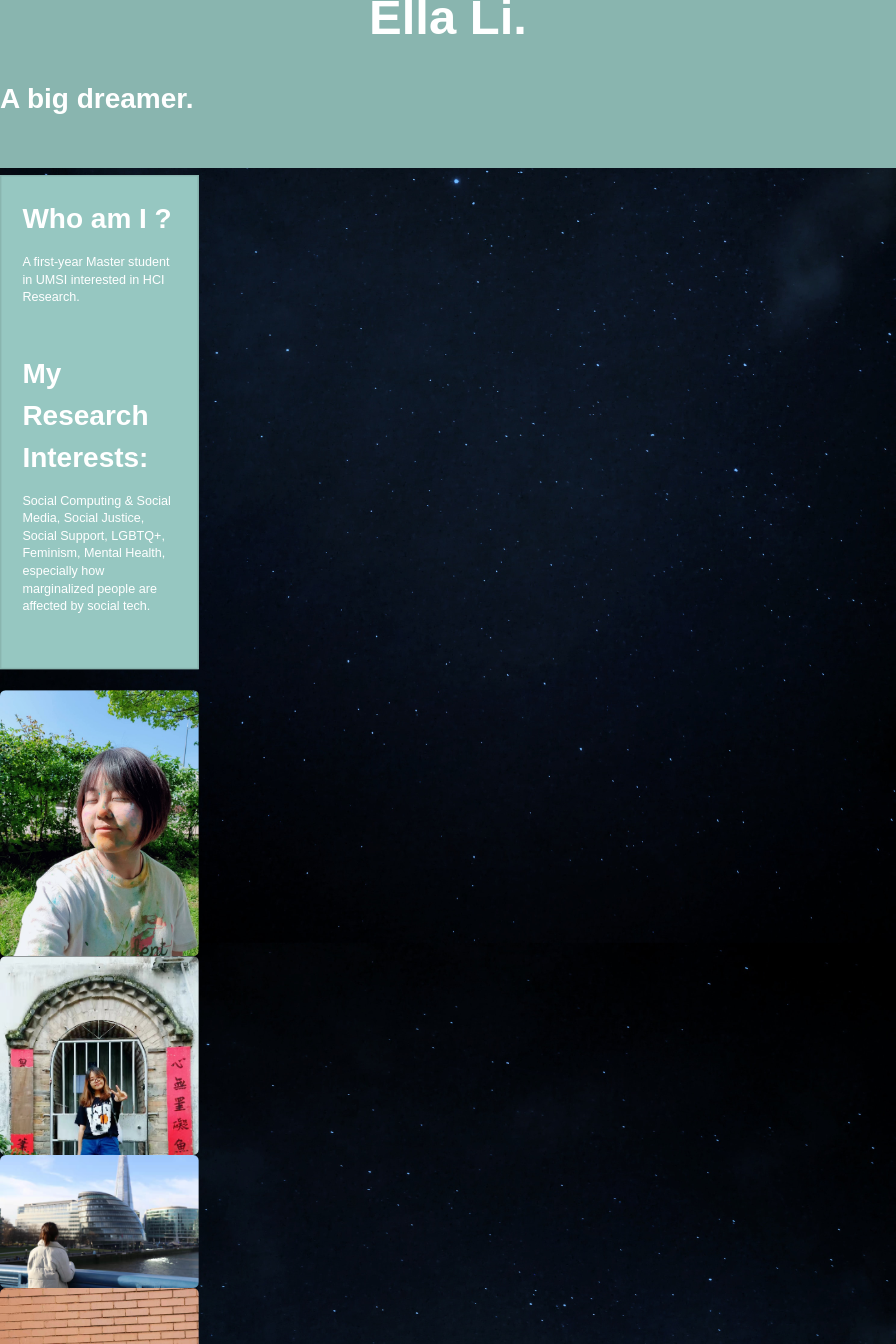
Repository: jiaqili0803/SI_539
Page: project/about.html
The author's editor kept a copy of each file at every save. The page is drawn from the files as they stood at one save, then again after the next save.
The browser window is 1280 px wide. The pictures show the part of the page from y = 360 to 2280 px (the page is 4578 px tall before and 6183 px after), at 70% of full size.
Backgrounds fixed to the window are drawn as part of the page.

Above is the page before, as saved 2021-12-10 17:15:16.

After the next save:
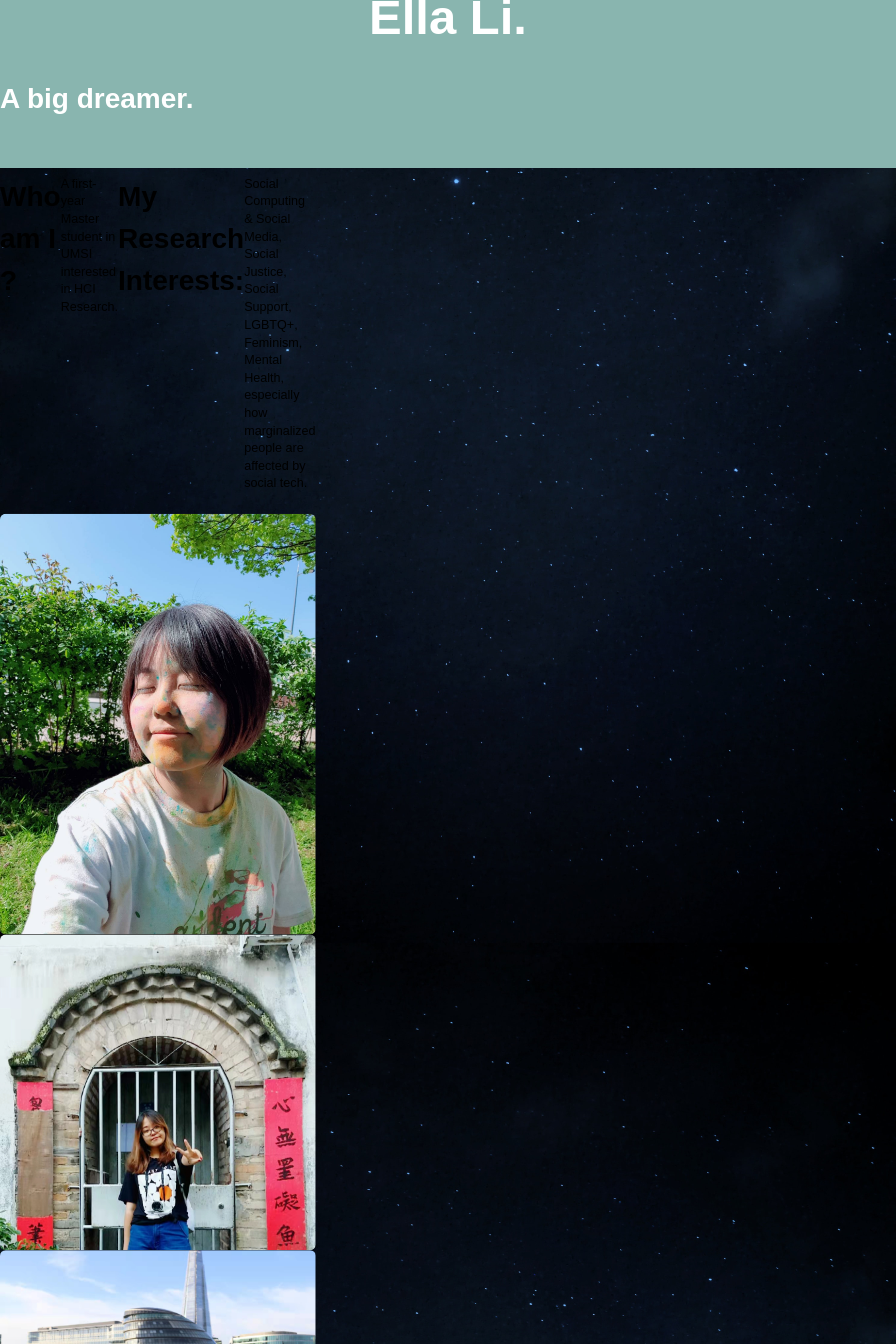
Saved 39 s later.
--- a/project/css/style.css
+++ b/project/css/style.css
@@ -122,15 +122,7 @@ h2{
 
 .about-text-block{
   display:flex;
-  background-color: #96C7C1;
-  border: 2px solid #89B5AF;
-  padding: 30px;
-  justify-self: center;
-  align-self: center;
-  color: white;
-  flex-direction: column;
-  flex-wrap: wrap;
-  gap: 20px;
+
 }
 
 .about-image {
